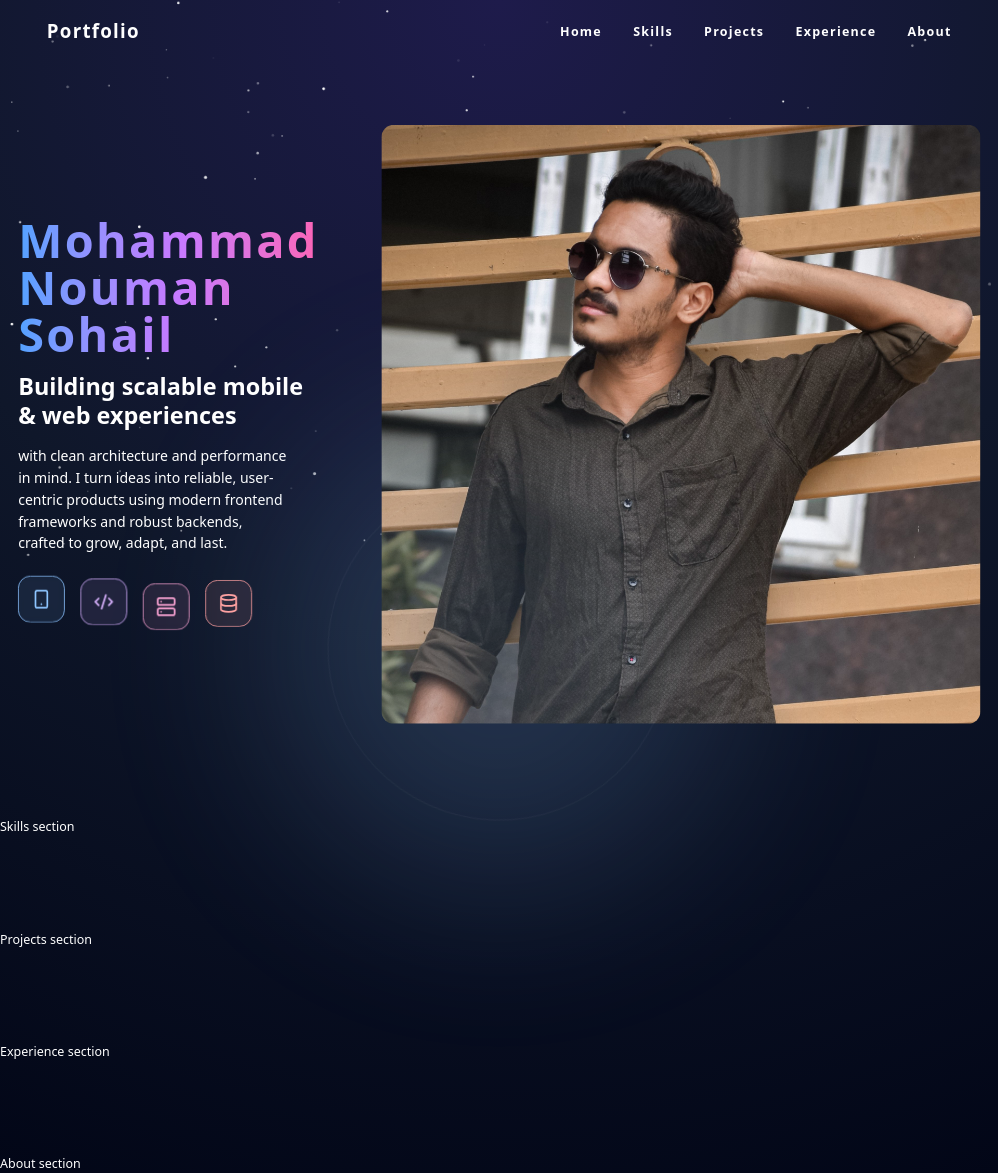
Repository: NoumanSohail/Nouman-Sohail-Portfolio
Page: /
These files come from the project's save history. The page is drawn as it stood at one moment and after the next save; the edit follows.
The browser window is 1280 px wide. The pictures show the whole page, at 78% of full size.
The project was rebuilt for these pictures with package versions that can differ from the ones it lists, and the page was loaded fresh each time. The framework's server and built-in components were replaced by stand-ins that run in the browser. Also part of the build but not shown: next.config.ts.

Above is the page before, as saved 2026-01-24 20:07:32.

After the next save:
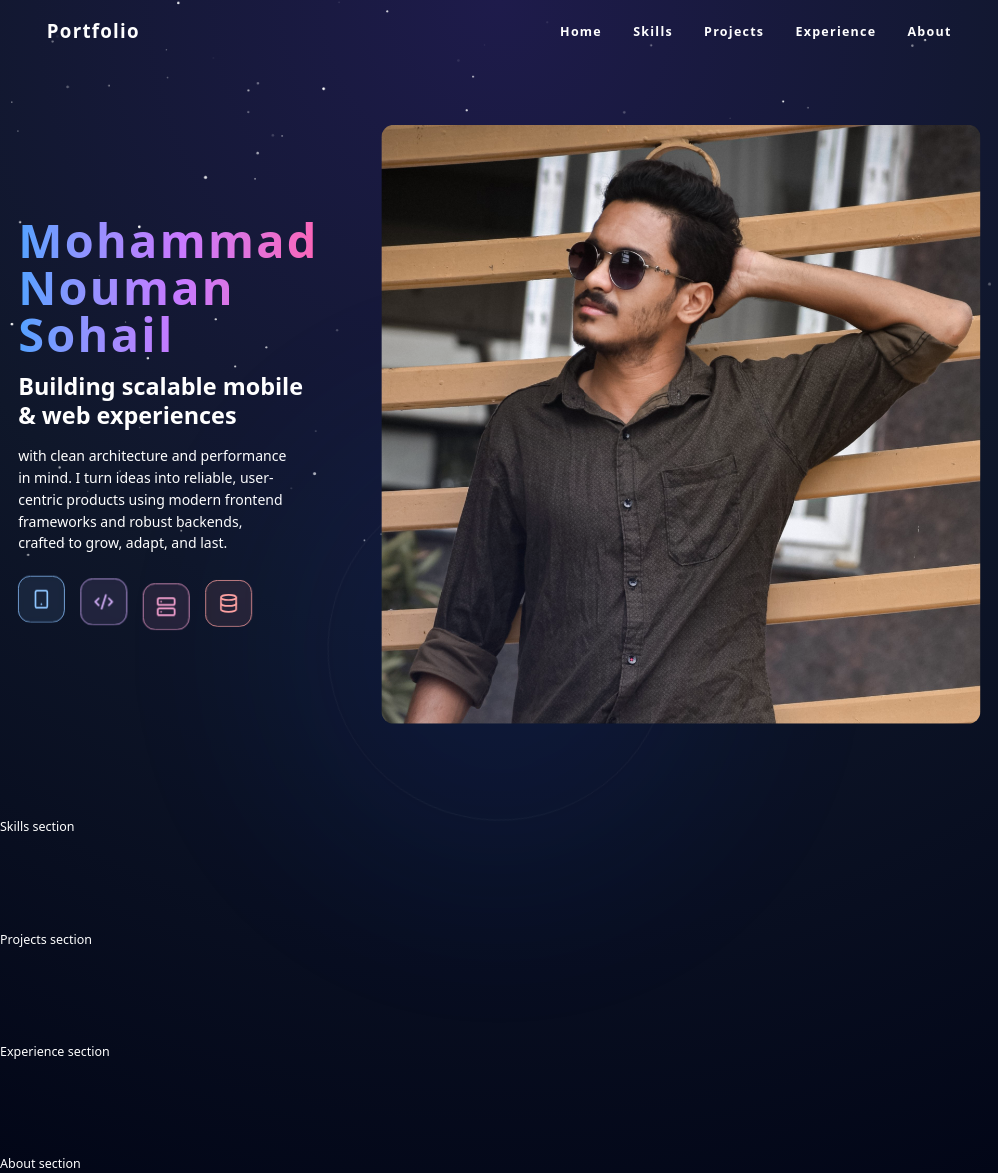
Saved 12 s later.
--- a/app/components/sections/Hero.tsx
+++ b/app/components/sections/Hero.tsx
@@ -8,7 +8,7 @@ const Hero = () => {
     <section id="home" className="scroll-mt-40 w-full mx-auto max-w-384 px-5 md:px-10 lg:px-15 text-white mt-30 md:mt-40 overflow-hidden">
       {/* Central Glowing Orb */}
       <div className="absolute left-1/2 top-1/2 -translate-x-1/2 -translate-y-1/2
-          w-[70vw] h-[70vw] sm:w-[45%] sm:h-[45%] bg-blue-300 rounded-full
+          w-[70vw] h-[70vw] sm:w-[45%] sm:h-[45%] bg-blue-700/50 rounded-full
           blur-[120px] opacity-10 animate-pulse [animation-delay:2000ms] z-0
         "
       />
